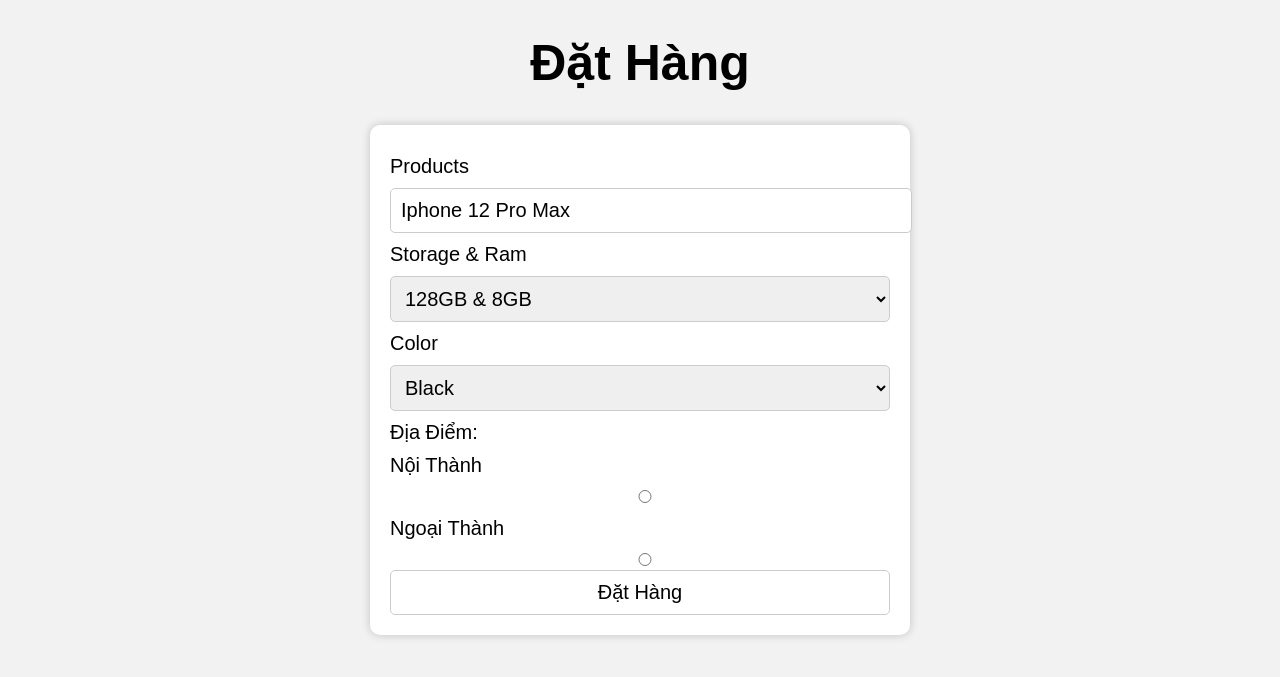
Repository: hisu87/WEB1043-JS
Page: Lab-Done-JS/Lab-7/html/Oder.html
These files come from the project's save history. The page is drawn as it stood at one moment and after the next save; the edit follows.
The browser window is 1280 px wide. The pictures show the whole page.

Above is the page before, as saved 2023-04-08 13:04:39.

### Lab-Done-JS/Lab-7/html/Oder.html
<!DOCTYPE html>
<html lang="en">

<head>
    <meta charset="UTF-8">
    <meta http-equiv="X-UA-Compatible" content="IE=edge">
    <meta name="viewport" content="width=device-width, initial-scale=1.0">
    <title>Oder</title>
    <style>
        body {
            background-color: #f2f2f2;
        }

        h1 {
            text-align: center;
            color: #000;
            font-size: 50px;
            font-family: Arial, Helvetica, sans-serif;
        }

        form {
            width: 500px;
            margin: 0 auto;
            background-color: #fff;
            padding: 20px;
            border-radius: 10px;
            box-shadow: 0 0 10px 0 rgba(0, 0, 0, 0.2);
        }

        label {
            display: block;
            margin: 10px 0;
            font-size: 20px;
            font-family: Arial, Helvetica, sans-serif;
        }

        input {
            width: 100%;
            padding: 10px;
            border: 1px solid #ccc;
            border-radius: 5px;
            font-size: 20px;
            font-family: Arial, Helvetica, sans-serif;
        }

        button {
            width: 100%;
            padding: 10px;
            border: 1px solid #ccc;
            border-radius: 5px;
            font-size: 20px;
            font-family: Arial, Helvetica, sans-serif;
            background-color: #fff;
            cursor: pointer;
        }

        button:hover {
            background-color: #ccc;
        }

        select {
            width: 100%;
            padding: 10px;
            border: 1px solid #ccc;
            border-radius: 5px;
            font-size: 20px;
            font-family: Arial, Helvetica, sans-serif;
        }
    </style>
</head>

<body>
    <h1>Đặt Hàng</h1>
    <form action="#">
        <label for="products">Products</label>
        <input type="text" name="products" id="products" value="Iphone 12 Pro Max">
        <label for="storageandram">Storage & Ram</label>
        <select name="storageandram" id="storageandram">
            <option value="1">128GB & 8GB</option>
            <option value="2">256GB & 8GB</option>
            <option value="3">512GB & 8GB</option>
            <option value="4">1TB & 8GB</option>
            <option value="5">128GB & 12GB</option>
            <option value="6">256GB & 12GB</option>
            <option value="7">512GB & 12GB</option>
            <option value="8">1TB & 12GB</option>
            <option value="9">128GB & 16GB</option>
            <option value="10">256GB & 16GB</option>
            <option value="11">512GB & 16GB</option>
            <option value="12">1TB & 16GB</option>
        </select>
        <label for="color">Color</label>
        <select name="special-color" id="color">
            <option value="1">Black</option>
            <option value="2">White</option>
            <option value="3">Red</option>
            <option value="4">Blue</option>
            <option value="5">Green</option>
            <option value="6">Yellow</option>
            <option value="7">Pink</option>
            <option value="8">Purple</option>
            <option value="9">Orange</option>
            <option value="10">Gray</option>
            <option value="11">Brown</option>
            <option value="12">Gold</option>
            <option value="13">Silver</option>
        </select>
        <label for="">Địa Điểm:</label>
        <label for="dia_chi">Nội Thành</label>
        <input type="radio" name="dia_chi" onclick="hien_thi(false)" />
        <label for="">Ngoại Thành</label>
        <input type="radio" name="dia_chi" onclick="hien_thi(true)" />
        <div id="phi_vc" style="display: none">
            <label for="phi_vc">Phí Vận Chuyển</label>
            <input type="text" name="phi_vc" id="phi_vc" value="55.000 VND ">

        </div>
        <button type="submit" onclick="validateForm()">Đặt Hàng</button>


    </form>


    <script>

        function hien_thi (visible) {
            var phi_vc = document.getElementById("phi_vc");
            phi_vc.style.display = visible ? "" : "none";
        }

        // We can add a function to check if the user has entered data or not and display a message accordingly
// We can also add labels to indicate where the user should enter the data
// Here's an example implementation:

function validateForm() {
  var product = document.getElementById("products").value;
  var storageAndRam = document.getElementById("storageandram").value;
  var color = document.getElementById("color").value;
  var diaChi = document.querySelector('input[name="dia_chi"]:checked');

  if (!product || !storageAndRam || !color || !diaChi) {
    alert("Vui lòng nhập đầy đủ thông tin");
    return false;
  }

  // We can also add a message to indicate where the user should enter the data
  // For example:
  if (!product) {
    alert("Vui lòng chọn sản phẩm");
    return false;
  }

  if (!storageAndRam) {
    alert("Vui lòng chọn dung lượng và RAM");
    return false;
  }

  if (!color) {
    alert("Vui lòng chọn màu sắc");
    return false;
  }

  if (!diaChi) {
    alert("Vui lòng chọn địa chỉ");
    return false;
  }

  // If all data is entered, we can submit the form
  return true;
}



    </script>
</body>

</html>

After the next save:
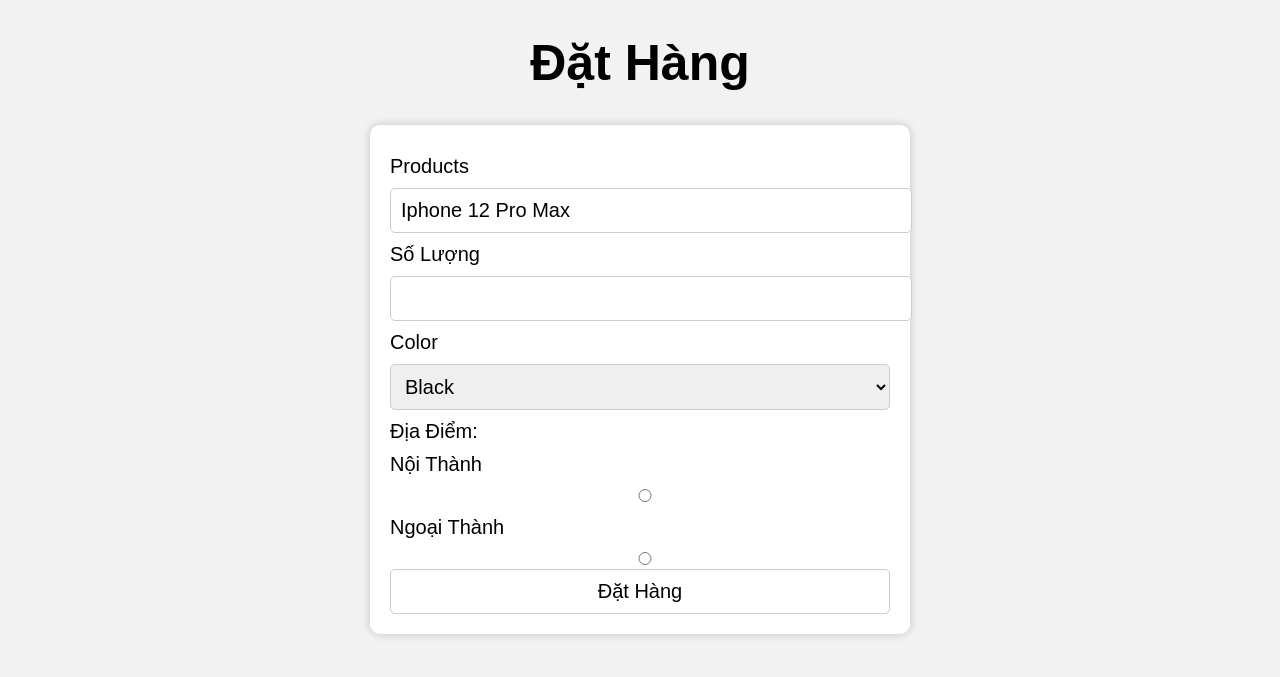
Saved 57 s later.
--- a/Lab-Done-JS/Lab-7/html/Oder.html
+++ b/Lab-Done-JS/Lab-7/html/Oder.html
@@ -74,21 +74,8 @@
     <form action="#">
         <label for="products">Products</label>
         <input type="text" name="products" id="products" value="Iphone 12 Pro Max">
-        <label for="storageandram">Storage & Ram</label>
-        <select name="storageandram" id="storageandram">
-            <option value="1">128GB & 8GB</option>
-            <option value="2">256GB & 8GB</option>
-            <option value="3">512GB & 8GB</option>
-            <option value="4">1TB & 8GB</option>
-            <option value="5">128GB & 12GB</option>
-            <option value="6">256GB & 12GB</option>
-            <option value="7">512GB & 12GB</option>
-            <option value="8">1TB & 12GB</option>
-            <option value="9">128GB & 16GB</option>
-            <option value="10">256GB & 16GB</option>
-            <option value="11">512GB & 16GB</option>
-            <option value="12">1TB & 16GB</option>
-        </select>
+        <label for="qty">Số Lượng</label>
+        <input type="number" name="" id="">
         <label for="color">Color</label>
         <select name="special-color" id="color">
             <option value="1">Black</option>
